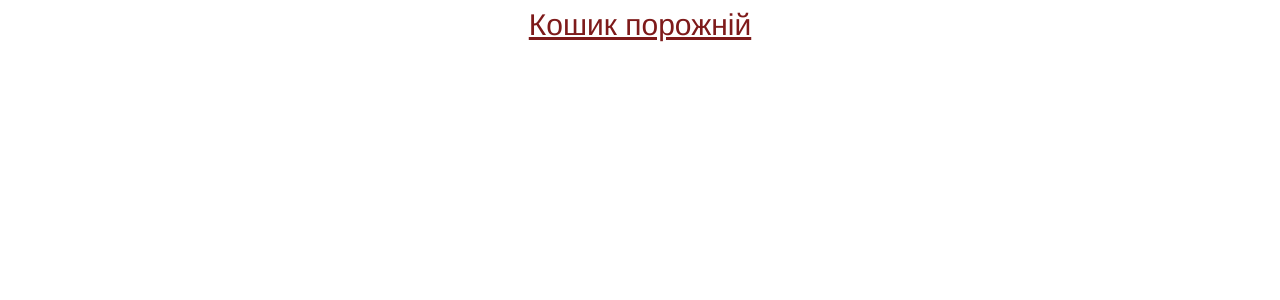
Repository: kristinap8/pharmacy
Page: /cart
These files come from the project's save history. The page is drawn as it stood at one moment and after the next save; the edit follows.
The browser window is 1280 px wide. The pictures show the whole page.
The project was rebuilt for these pictures with package versions that can differ from the ones it lists, and the page was loaded fresh each time. Also part of the build but not shown: src/components/AddMedicineForm/index.vue, src/pages/AddMedicine/index.vue, src/components/EditMedicineForm/index.vue, src/pages/EditMedicine/index.vue, src/components/MedicinesList/MedicineCard/index.vue, src/components/MedicinesList/index.vue, src/pages/AllMedicines/index.vue.

Above is the page before, as saved 2020-12-10 00:46:02.

After the next save:
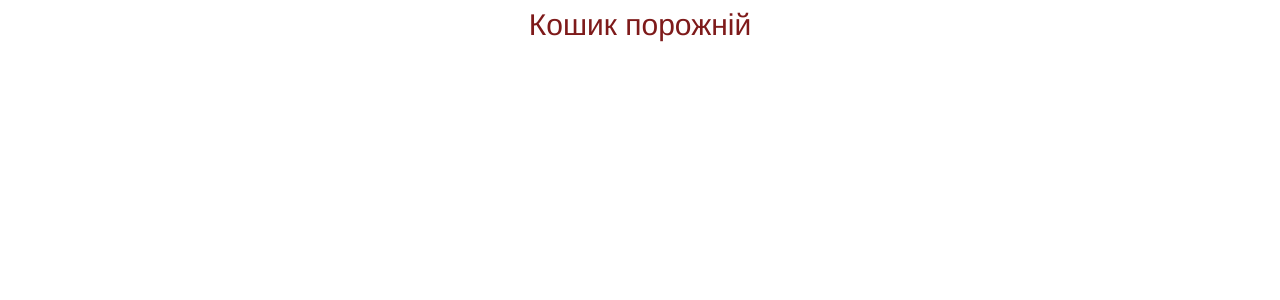
Saved 31 s later.
--- a/src/components/CartForm/index.vue
+++ b/src/components/CartForm/index.vue
@@ -71,6 +71,6 @@ import {mapGetters} from "vuex"
     text-align: center;
     color:rgb(126, 26, 26);
     font-size: 30px;
-    text-decoration: underline;
+    top:50px;
 }
 </style>
